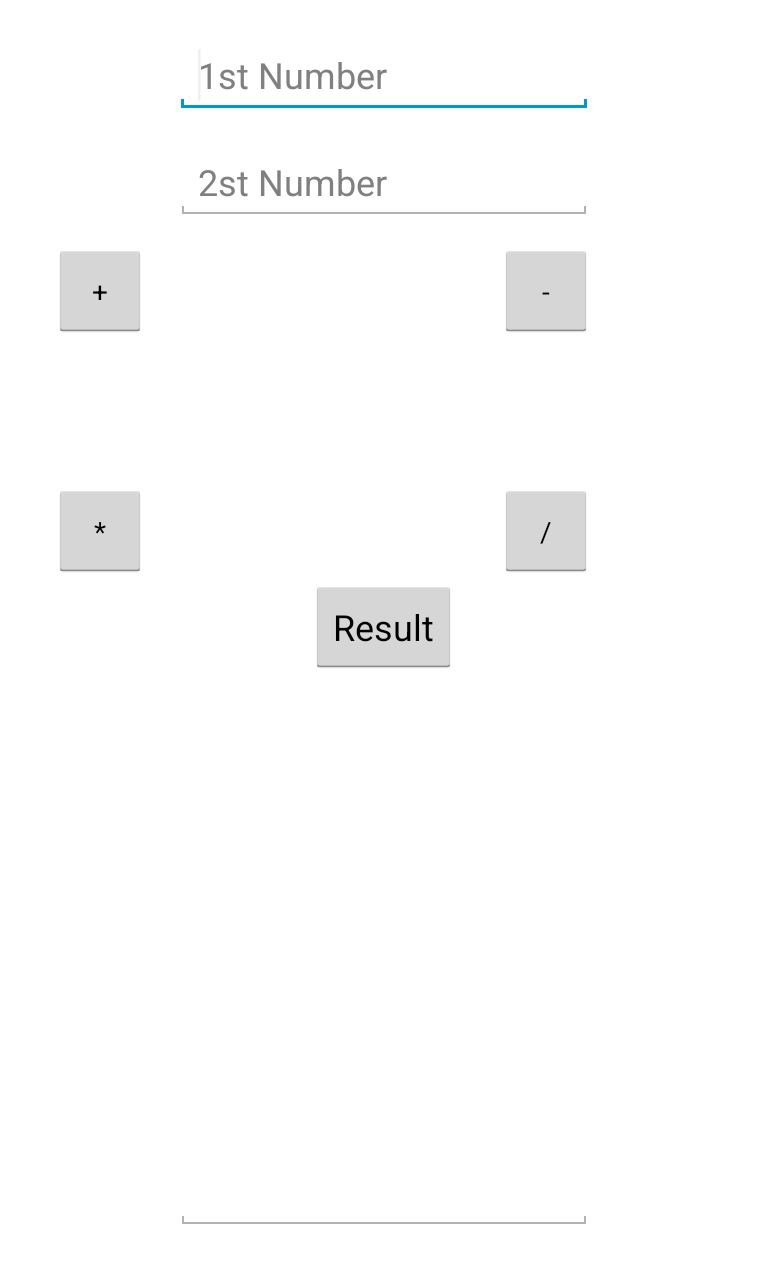
Repository: ujwalp15/Workshop_Apps
Layout: Pandora/Calc/res/layout/activity_main.xml
An editor plug-in stored every save of this project. The layout is shown before and after the next save, followed by the edit.
It is drawn on a 768 x 1280 px phone screen (xhdpi) without system bars, with theme AppTheme; the app's code is not run.

Above is the layout before, as saved 2016-02-18 10:02:27.

After the next save:
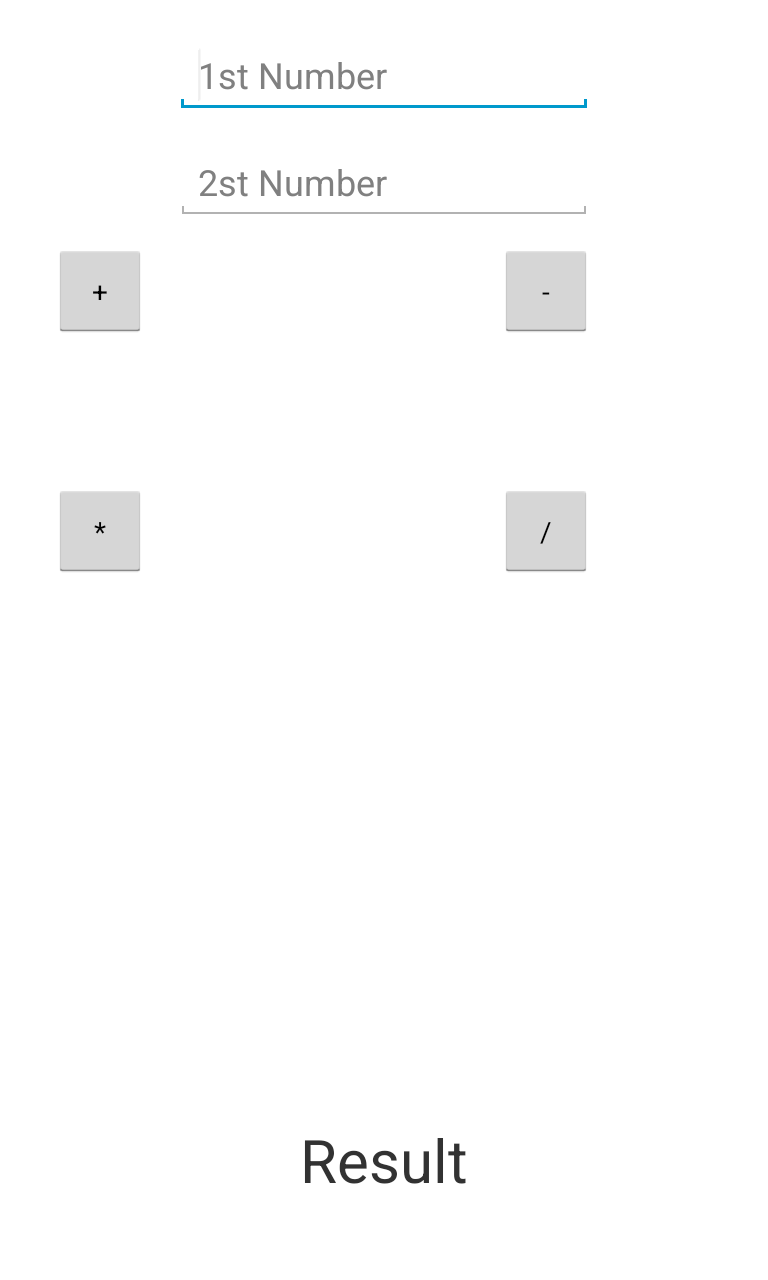
Saved 5 s later.
--- a/Pandora/Calc/res/layout/activity_main.xml
+++ b/Pandora/Calc/res/layout/activity_main.xml
@@ -69,22 +69,14 @@
         android:layout_alignLeft="@+id/button2"
         android:text="/" />
 
-    <EditText
-        android:id="@+id/editText3"
+    <TextView
+        android:id="@+id/textView1"
         android:layout_width="wrap_content"
         android:layout_height="wrap_content"
         android:layout_alignParentBottom="true"
-        android:layout_alignRight="@+id/button4"
-        android:layout_marginBottom="24dp"
-        android:ems="10"
-        android:inputType="numberDecimal" />
-
-    <Button
-        android:id="@+id/button5"
-        android:layout_width="wrap_content"
-        android:layout_height="wrap_content"
-        android:layout_below="@+id/button4"
         android:layout_centerHorizontal="true"
-        android:text="Result" />
+        android:layout_marginBottom="40dp"
+        android:text="Result"
+        android:textSize="30dp" />
 
 </RelativeLayout>
